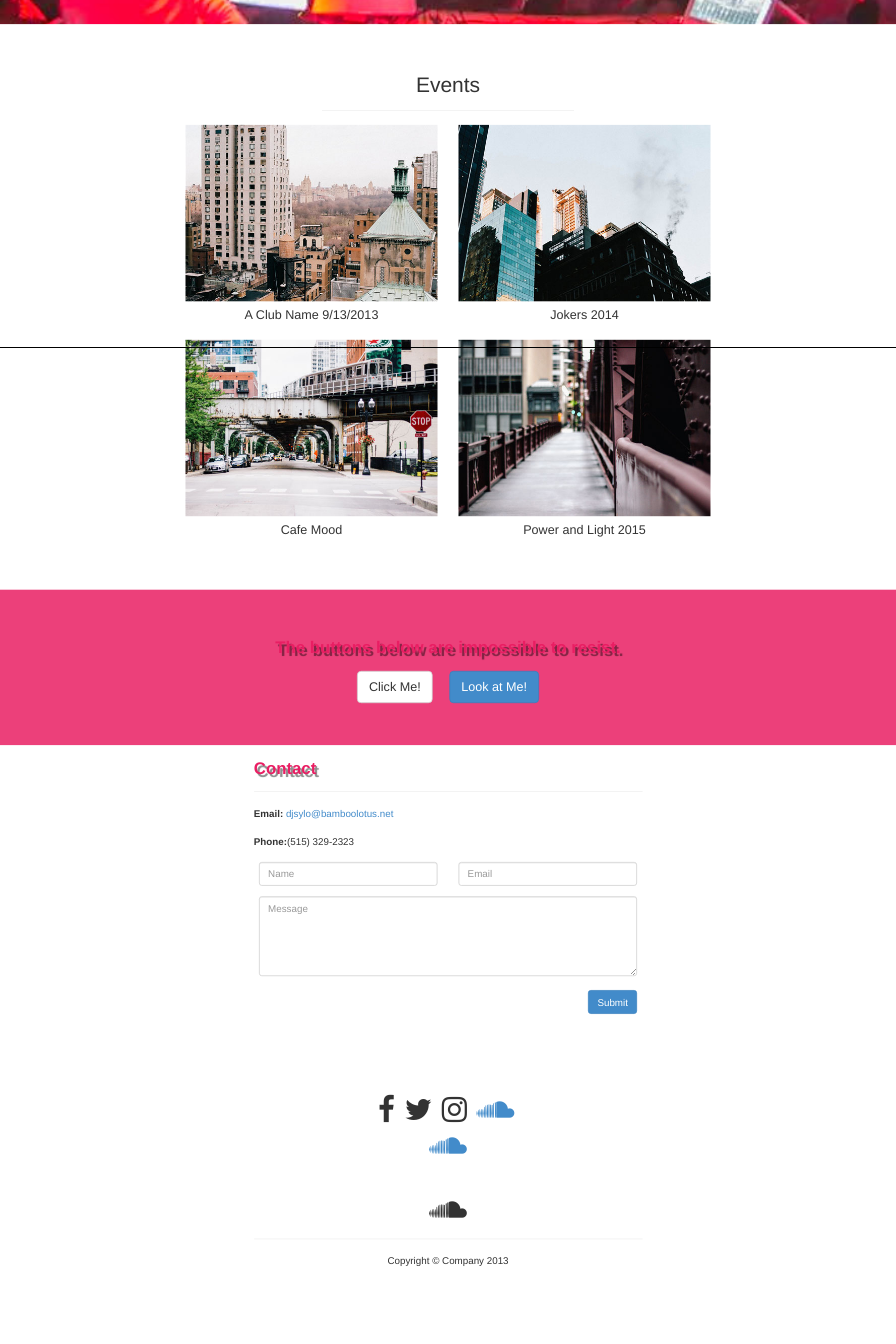
Repository: BambooXLotus/DjSylo
Page: client/index.html
The author's editor kept a record of every edit. The page is drawn from the files as they stood at one moment, then again after the next edit.
The browser window is 1280 px wide. The pictures show the part of the page from y = 2409 to 4329 px (the page is 4329 px tall before and 4255 px after), at 70% of full size.
Some icons come from a web library that is not loaded, so they are not drawn. Backgrounds fixed to the window are drawn as part of the page. Some web libraries are served in a nearby version.

Above is the page before.
Not found: client/less.js

After the next edit:
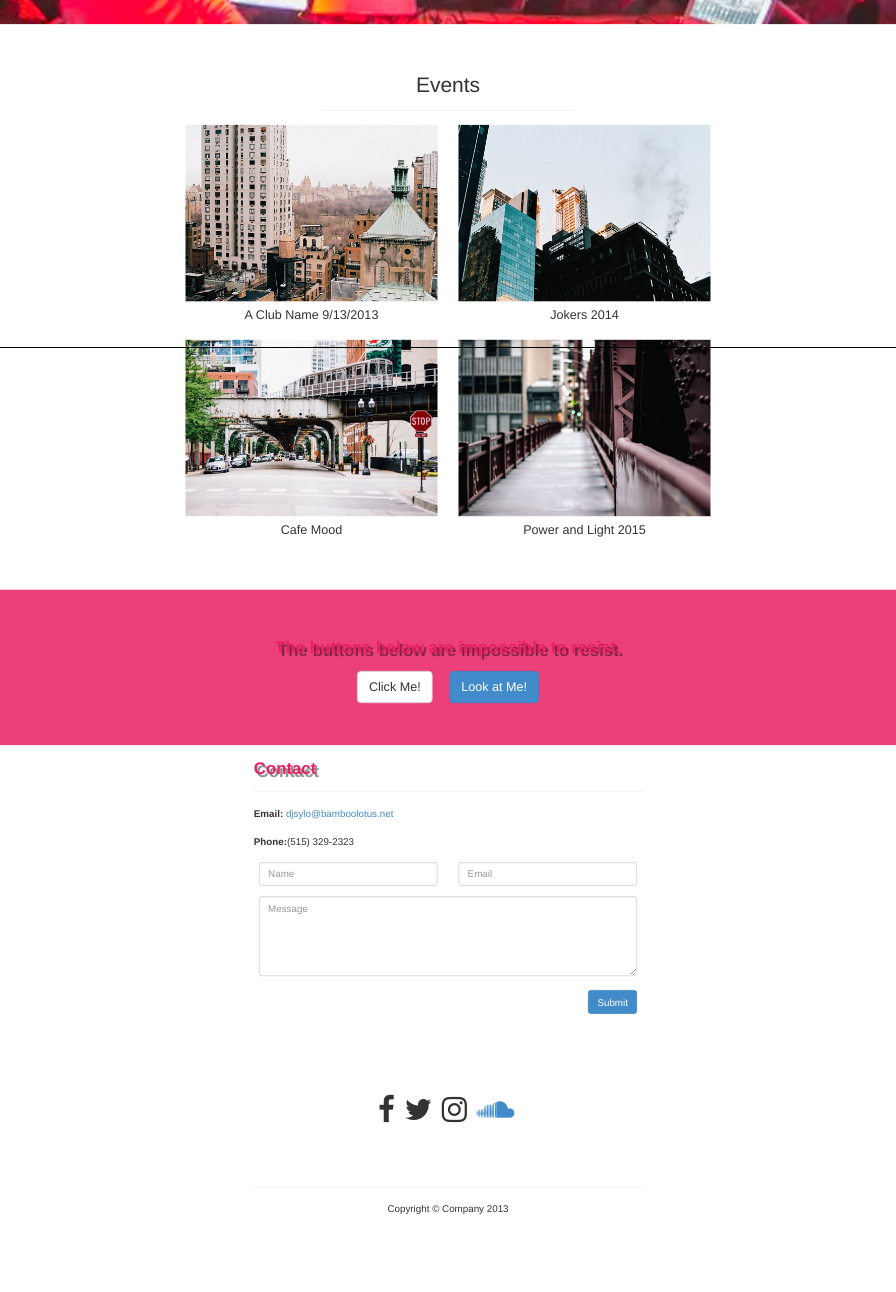
The edit:
--- a/client/index.html
+++ b/client/index.html
@@ -292,9 +292,9 @@
                         <li>
                             <i class="fa fa-instagram fa-3x"></i>
                         </li>
-                        <li>
-                            <a class="fa fa-soundcloud fa-3x" href="https://soundcloud.com/bambooproduction/sets">
-                                </i>
+                         <li>
+                            <a class="fa fa-soundcloud fa-3x" href="https://soundcloud.com/bambooproduction/sets"></a>
+                        </li>
                     </ul>
                     <div class="top-scroll">
                         <a href="#top"><i class="fa fa-circle-arrow-up scroll fa-4x"></i></a>
